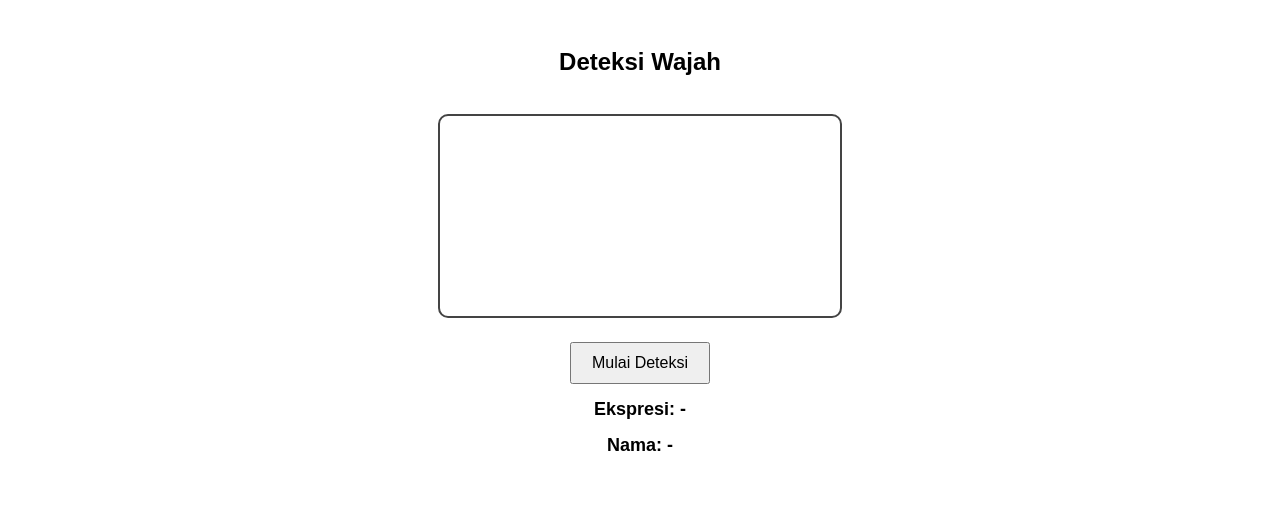
Repository: RalfyBawinto/working-teachable-machine
Page: index.html
The author's editor kept a copy of each file at every save. The page is drawn from the files as they stood at one save, then again after the next save.
The browser window is 1280 px wide. The pictures show the whole page.

Above is the page before, as saved 2025-04-21 23:45:08.

### index.html
<!DOCTYPE html>
<html lang="id">
  <head>
    <meta charset="UTF-8" />
    <meta name="viewport" content="width=device-width, initial-scale=1.0" />
    <title>Deteksi Wajah</title>
    <style>
      body {
        font-family: Arial, sans-serif;
        text-align: center;
        padding: 20px;
      }
      video {
        width: 100%;
        max-width: 400px;
        border-radius: 10px;
        border: 2px solid #444;
      }
      .output {
        margin-top: 15px;
        font-size: 18px;
        font-weight: bold;
      }
      button,
      select {
        margin-top: 20px;
        padding: 10px 20px;
        font-size: 16px;
      }
      #cameraSelectWrapper {
        display: none;
        margin-top: 10px;
      }
    </style>
  </head>
  <body>
    <h2>Deteksi Wajah</h2>

    <!-- Pilihan kamera hanya muncul di mobile/tablet -->
    <div id="cameraSelectWrapper">
      <label for="cameraSelect">Pilih Kamera:</label>
      <select id="cameraSelect">
        <option value="user">Depan (Selfie)</option>
        <option value="environment">Belakang</option>
      </select>
    </div>

    <br />
    <video id="video" autoplay muted playsinline></video>
    <canvas id="canvas" width="400" height="300" style="display: none"></canvas>

    <br />
    <button onclick="start()">Mulai Deteksi</button>

    <div class="output" id="face-output">Ekspresi: -</div>
    <div class="output" id="name-output">Nama: -</div>

    <!-- TensorFlow.js -->
    <script src="https://cdn.jsdelivr.net/npm/@tensorflow/tfjs@3.21.0/dist/tf.min.js"></script>
    <script src="https://cdn.jsdelivr.net/npm/@teachablemachine/image@0.8/dist/teachablemachine-image.min.js"></script>

    <script>
      const faceModelURL =
        "https://teachablemachine.withgoogle.com/models/oTtv--EQC/";
      const faceModel3URL =
        "https://teachablemachine.withgoogle.com/models/1E0LcWWmy/";

      let faceModel, faceModel3, video, canvas, ctx;

      // Tampilkan dropdown kamera hanya di mobile/tablet
      function isMobileDevice() {
        return /Mobi|Android|iPhone|iPad/i.test(navigator.userAgent);
      }

      if (isMobileDevice()) {
        document.getElementById("cameraSelectWrapper").style.display = "block";
      }

      async function start() {
        video = document.getElementById("video");
        canvas = document.getElementById("canvas");
        ctx = canvas.getContext("2d");

        let facingMode = "user"; // default kamera depan

        if (isMobileDevice()) {
          facingMode = document.getElementById("cameraSelect").value;
        }

        try {
          faceModel = await tmImage.load(
            faceModelURL + "model.json",
            faceModelURL + "metadata.json"
          );
          faceModel3 = await tmImage.load(
            faceModel3URL + "model.json",
            faceModel3URL + "metadata.json"
          );

          const stream = await navigator.mediaDevices.getUserMedia({
            video: {
              facingMode: { ideal: facingMode }, // pakai 'ideal' bukan 'exact'
            },
            audio: false,
          });

          video.srcObject = stream;
          video.onloadedmetadata = () => {
            video.play();
            requestAnimationFrame(loop);
          };
        } catch (err) {
          alert("Gagal mengakses kamera atau model.");
          console.error("Error:", err);
        }
      }

      async function loop() {
        ctx.drawImage(video, 0, 0, canvas.width, canvas.height);
        await predictFace();
        requestAnimationFrame(loop);
      }

      async function predictFace() {
        const prediction = await faceModel.predict(canvas);
        const highest1 = prediction.reduce(
          (max, p) => (p.probability > max.probability ? p : max),
          { probability: 0 }
        );
        document.getElementById("face-output").innerText = `Ekspresi Wajah: ${
          highest1.className
        } (${(highest1.probability * 100).toFixed(1)}%)`;

        const prediction3 = await faceModel3.predict(canvas);
        const highest3 = prediction3.reduce(
          (max, p) => (p.probability > max.probability ? p : max),
          { probability: 0 }
        );
        document.getElementById("name-output").innerText = `Nama: ${
          highest3.className
        } (${(highest3.probability * 100).toFixed(1)}%)`;
      }
    </script>
  </body>
</html>

After the next save:
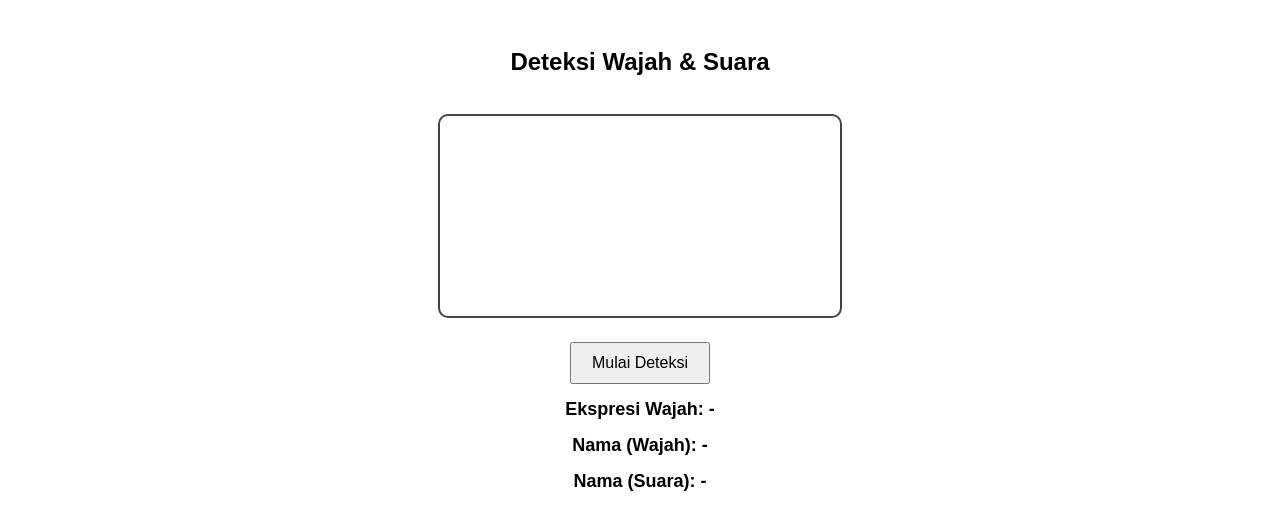
Saved 5 min 59 s later.
--- a/index.html
+++ b/index.html
@@ -3,7 +3,7 @@
   <head>
     <meta charset="UTF-8" />
     <meta name="viewport" content="width=device-width, initial-scale=1.0" />
-    <title>Deteksi Wajah</title>
+    <title>Deteksi Wajah & Suara</title>
     <style>
       body {
         font-family: Arial, sans-serif;
@@ -34,9 +34,8 @@
     </style>
   </head>
   <body>
-    <h2>Deteksi Wajah</h2>
+    <h2>Deteksi Wajah & Suara</h2>
 
-    <!-- Pilihan kamera hanya muncul di mobile/tablet -->
     <div id="cameraSelectWrapper">
       <label for="cameraSelect">Pilih Kamera:</label>
       <select id="cameraSelect">
@@ -52,22 +51,27 @@
     <br />
     <button onclick="start()">Mulai Deteksi</button>
 
-    <div class="output" id="face-output">Ekspresi: -</div>
-    <div class="output" id="name-output">Nama: -</div>
+    <div class="output" id="face-output">Ekspresi Wajah: -</div>
+    <div class="output" id="name-output">Nama (Wajah): -</div>
+    <div class="output" id="voice-output">Nama (Suara): -</div>
 
     <!-- TensorFlow.js -->
     <script src="https://cdn.jsdelivr.net/npm/@tensorflow/tfjs@3.21.0/dist/tf.min.js"></script>
     <script src="https://cdn.jsdelivr.net/npm/@teachablemachine/image@0.8/dist/teachablemachine-image.min.js"></script>
+    <script src="https://cdn.jsdelivr.net/npm/@teachablemachine/audio@0.8/dist/teachablemachine-audio.min.js"></script>
 
     <script>
       const faceModelURL =
         "https://teachablemachine.withgoogle.com/models/oTtv--EQC/";
-      const faceModel3URL =
+      const nameModelURL =
         "https://teachablemachine.withgoogle.com/models/1E0LcWWmy/";
+      const voiceModelURL =
+        "https://teachablemachine.withgoogle.com/models/K_GdR4c9y/";
 
-      let faceModel, faceModel3, video, canvas, ctx;
+      let faceModel, nameModel, voiceModel, audioModel;
+      let video, canvas, ctx;
 
-      // Tampilkan dropdown kamera hanya di mobile/tablet
+      // Cek apakah device mobile
       function isMobileDevice() {
         return /Mobi|Android|iPhone|iPad/i.test(navigator.userAgent);
       }
@@ -81,26 +85,29 @@
         canvas = document.getElementById("canvas");
         ctx = canvas.getContext("2d");
 
-        let facingMode = "user"; // default kamera depan
-
+        let facingMode = "user";
         if (isMobileDevice()) {
           facingMode = document.getElementById("cameraSelect").value;
         }
 
         try {
+          // Load semua model
           faceModel = await tmImage.load(
             faceModelURL + "model.json",
             faceModelURL + "metadata.json"
           );
-          faceModel3 = await tmImage.load(
-            faceModel3URL + "model.json",
-            faceModel3URL + "metadata.json"
+          nameModel = await tmImage.load(
+            nameModelURL + "model.json",
+            nameModelURL + "metadata.json"
+          );
+          audioModel = await tmAudio.load(
+            voiceModelURL + "model.json",
+            voiceModelURL + "metadata.json"
           );
 
+          // Akses kamera
           const stream = await navigator.mediaDevices.getUserMedia({
-            video: {
-              facingMode: { ideal: facingMode }, // pakai 'ideal' bukan 'exact'
-            },
+            video: { facingMode: { ideal: facingMode } },
             audio: false,
           });
 
@@ -109,6 +116,9 @@
             video.play();
             requestAnimationFrame(loop);
           };
+
+          // Mulai prediksi suara
+          predictVoice();
         } catch (err) {
           alert("Gagal mengakses kamera atau model.");
           console.error("Error:", err);
@@ -131,14 +141,28 @@
           highest1.className
         } (${(highest1.probability * 100).toFixed(1)}%)`;
 
-        const prediction3 = await faceModel3.predict(canvas);
+        const prediction3 = await nameModel.predict(canvas);
         const highest3 = prediction3.reduce(
           (max, p) => (p.probability > max.probability ? p : max),
           { probability: 0 }
         );
-        document.getElementById("name-output").innerText = `Nama: ${
+        document.getElementById("name-output").innerText = `Nama (Wajah): ${
           highest3.className
         } (${(highest3.probability * 100).toFixed(1)}%)`;
+      }
+
+      async function predictVoice() {
+        const mic = new tmAudio.AudioModel(audioModel);
+        await mic.listen(async () => {
+          const prediction = await audioModel.predict();
+          const highest = prediction.reduce(
+            (max, p) => (p.probability > max.probability ? p : max),
+            { probability: 0 }
+          );
+          document.getElementById("voice-output").innerText = `Nama (Suara): ${
+            highest.className
+          } (${(highest.probability * 100).toFixed(1)}%)`;
+        });
       }
     </script>
   </body>
